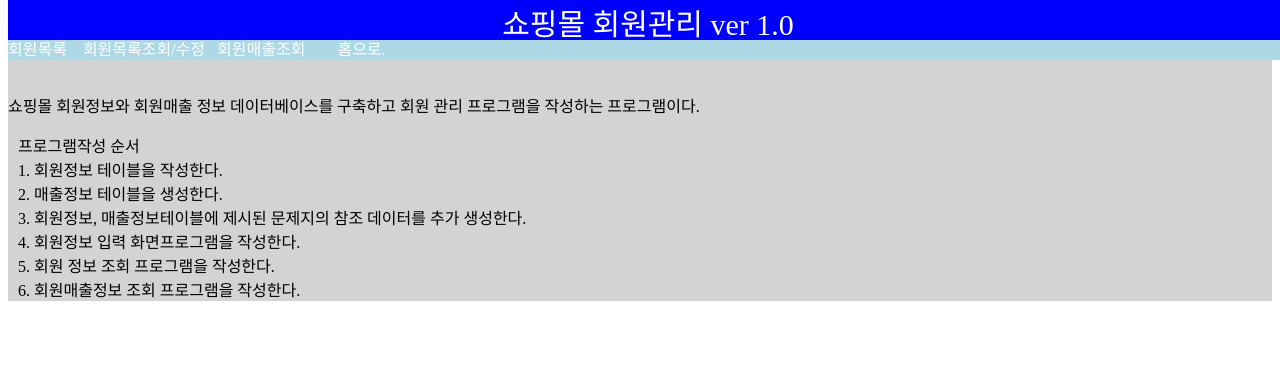
Repository: RnfElwl/youtube_infoT
Page: http://localhost/HRD_30812/
The author's editor kept a copy of each file at every save. The page is drawn from the files as they stood at one save, then again after the next save.
The browser window is 1280 px wide. The pictures show the whole page.
The page is served by Tomcat 9.

Above is the page before, as saved 2022-03-10 14:12:54.

After the next save:
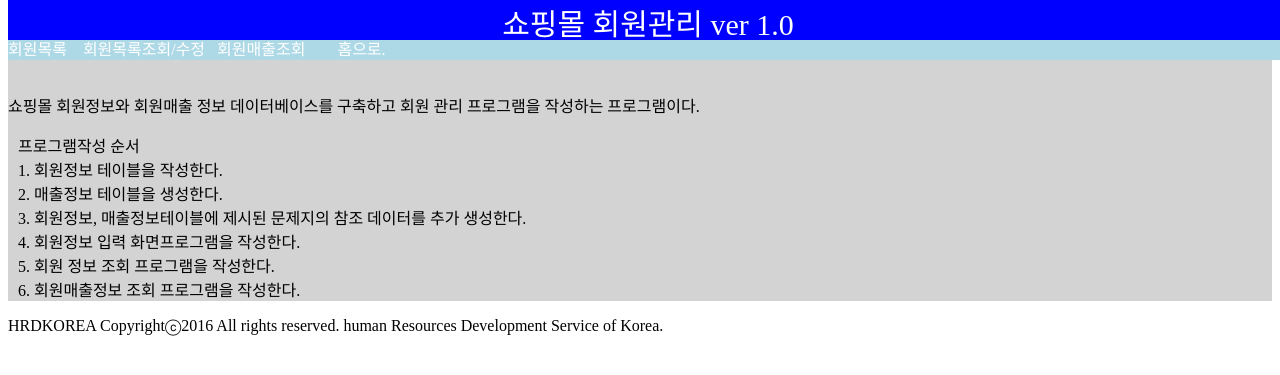
Saved 3 min 2 s later.
--- a/HRD_30812/src/main/webapp/index.jsp
+++ b/HRD_30812/src/main/webapp/index.jsp
@@ -23,5 +23,6 @@
 	 6. 회원매출정보 조회 프로그램을 작성한다.<br>
 	 </p>
 	</section>
+	<footer> HRDKOREA Copyrightⓒ2016 All rights reserved. human Resources Development Service of Korea. </footer>
 </body>
 </html>
